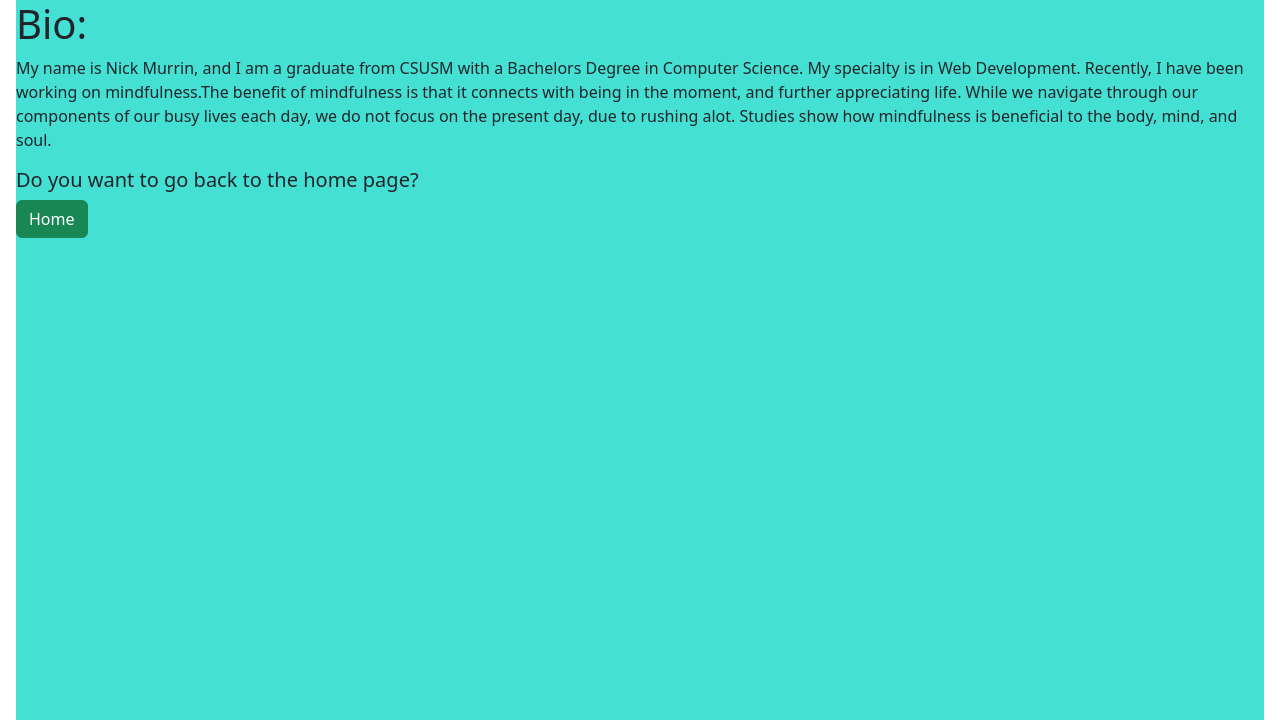
Repository: collegedude9300/zenstationnext
Page: /About
The author's editor kept a copy of each file at every save. The page is drawn from the files as they stood at one save, then again after the next save.
The browser window is 1280 px wide. The pictures show the whole page.
The project was rebuilt for these pictures with package versions that can differ from the ones it lists, and the page was loaded fresh each time. The framework's server and built-in components were replaced by stand-ins that run in the browser. Also part of the build but not shown: next.config.js.

Above is the page before, as saved 2023-12-29 13:56:56.

### pages/_app.js
import '../styles/globals.css'
function MyApp({ Component, pageProps }) {
  return <Component {...pageProps} />
}
export default MyApp

### pages/About.js
import Head from 'next/head'
import styles from '../styles/Home.module.css'
import 'bootstrap/dist/css/bootstrap.css'
import Link from 'next/link'
export default function About() {
return (
    <div className={styles.container}>
      <Head>
        <title>About</title>
        <meta name="description" content="Generated by create next app" />
        <link rel="icon" href="/favicon.ico" />
      </Head>
      <main className={styles.pages}>
<h1 className="aboutBio"> Bio: </h1>
<p>
My name is Nick Murrin, and I am a graduate from CSUSM with a Bachelors Degree in Computer Science.
My specialty is in Web Development. Recently, I have been working on mindfulness.The benefit of mindfulness is that it connects with being in the moment, and further appreciating life.
While we navigate through our components of our busy lives each day, we do not focus on the present day, due to rushing alot.
Studies show how mindfulness is beneficial to the body, mind, and soul.
</p>
<h5>Do you want to go back to the home page?</h5>
<Link href="/">
<a className="btn btn-success">Home</a>
</Link>
</main>
</div>
)}

### styles/Home.module.css
.container {
  padding: 0 1rem;
}
.pages{
  background-color: #43e0d3;
  min-height: 100vh;
}

.quoteDiv {
  font-size: 50px;
  color: rgb(243, 14, 7);
}
.successMessage {

  color: green;
  font-size: 30px;
  display:none;
  margin-bottom:20px;
}
.login {
  min-height: 100vh;
  padding: 4rem 0;
  flex: 1;
  display: flex;
  flex-direction: column;
  justify-content: center;
  align-items: center;
  background-color: #ffc400;
}
.main {
  min-height: 100vh;
  padding: 4rem 0;
  flex: 1;
  display: flex;
  flex-direction: column;
  justify-content: center;
  align-items: center;
}
.aboutBio {

  margin: 0;
  line-height: 1.15;
  font-size: 4rem;
  text-align: center;
}
.footer {
  display: flex;
  flex: 1;
  padding: 2rem 0;
  border-top: 1px solid #eaeaea;
  justify-content: center;
  align-items: center;
}

.footer a {
  display: flex;
  justify-content: center;
  align-items: center;
  flex-grow: 1;
}

.title a {
  color: #0070f3;
  text-decoration: none;
}

.title a:hover,
.title a:focus,
.title a:active {
  text-decoration: underline;
}

.title {
  margin: 0;
  line-height: 1.15;
  font-size: 4rem;
}

.title,
.description {
  text-align: center;
}

.description {
  margin: 4rem 0;
  line-height: 1.5;
  font-size: 1.5rem;
}

.code {
  background: #fafafa;
  border-radius: 5px;
  padding: 0.75rem;
  font-size: 1.1rem;
  font-family: Menlo, Monaco, Lucida Console, Liberation Mono, DejaVu Sans Mono,
    Bitstream Vera Sans Mono, Courier New, monospace;
}

.grid {
  display: flex;
  align-items: center;
  justify-content: center;
  flex-wrap: wrap;
  max-width: 800px;
}

.card {
  margin: 1rem;
  padding: 1.5rem;
  text-align: left;
  color: inherit;
  text-decoration: none;
  border: 1px solid #eaeaea;
  border-radius: 10px;
  transition: color 0.15s ease, border-color 0.15s ease;
  max-width: 300px;
}

.card:hover,
.card:focus,
.card:active {
  color: #0070f3;
  border-color: #0070f3;
}

.card h2 {
  margin: 0 0 1rem 0;
  font-size: 1.5rem;
}

.card p {
  margin: 0;
  font-size: 1.25rem;
  line-height: 1.5;
}

.logo {
  height: 1em;
  margin-left: 0.5rem;
}

@media (max-width: 600px) {
  .grid {
    width: 100%;
    flex-direction: column;
  }
}

@media (prefers-color-scheme: dark) {
  .card,
  .footer {
    border-color: #222;
  }
  .code {
    background: #111;
  }
  .logo img {
    filter: invert(1);
  }
}

Loaded but not shown: styles/globals.css (common file)

After the next save:
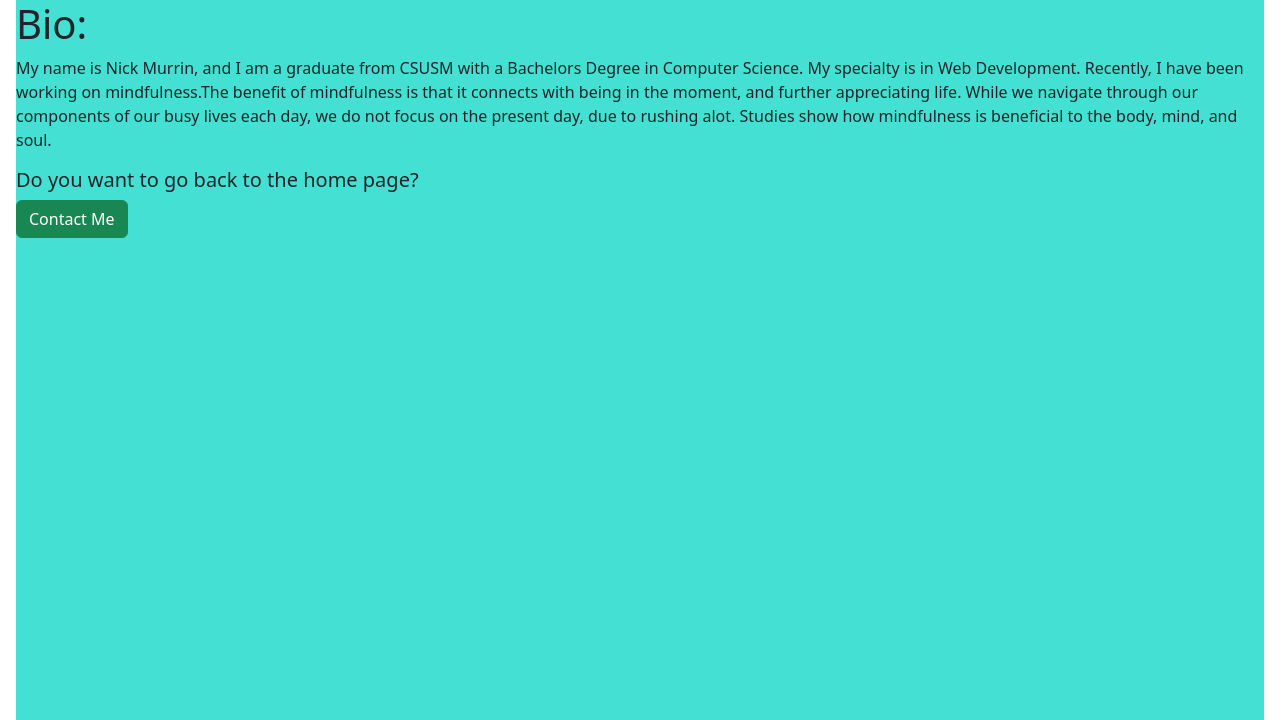
Saved 32 h 36 min later.
--- a/pages/About.js
+++ b/pages/About.js
@@ -19,9 +19,9 @@
 Studies show how mindfulness is beneficial to the body, mind, and soul.
 </p>
 <h5>Do you want to go back to the home page?</h5>
-<Link href="/">
-<a className="btn btn-success">Home</a>
-</Link>
+<Link href="/Contact">
+          <button className="btn btn-success">Contact Me</button>
+        </Link>
 </main>
 </div>
 )}

After the 2 saves that followed:
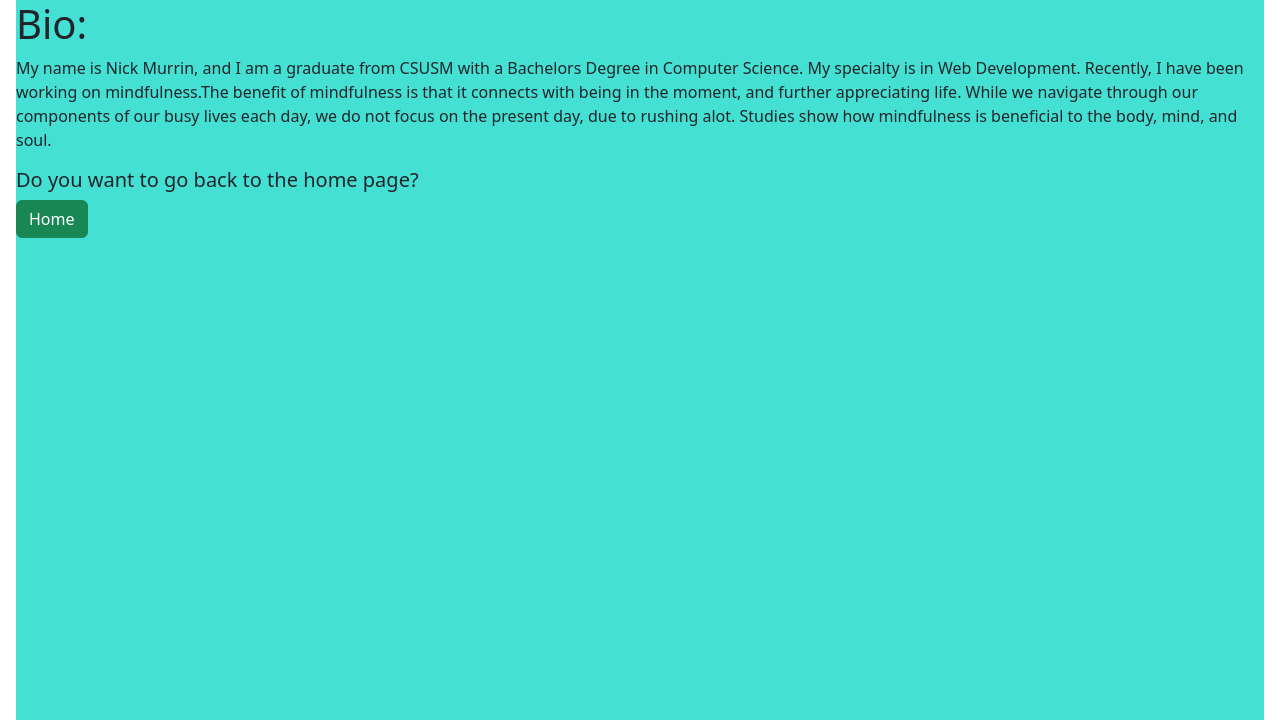
The 2 saves are shown as one change because 1 left the picture as it was.
The last was saved 13 s later.
--- a/pages/About.js
+++ b/pages/About.js
@@ -19,8 +19,8 @@
 Studies show how mindfulness is beneficial to the body, mind, and soul.
 </p>
 <h5>Do you want to go back to the home page?</h5>
-<Link href="/Contact">
-          <button className="btn btn-success">Contact Me</button>
+          <Link href="/">
+          <button className="btn btn-success">Home</button>
         </Link>
 </main>
 </div>
